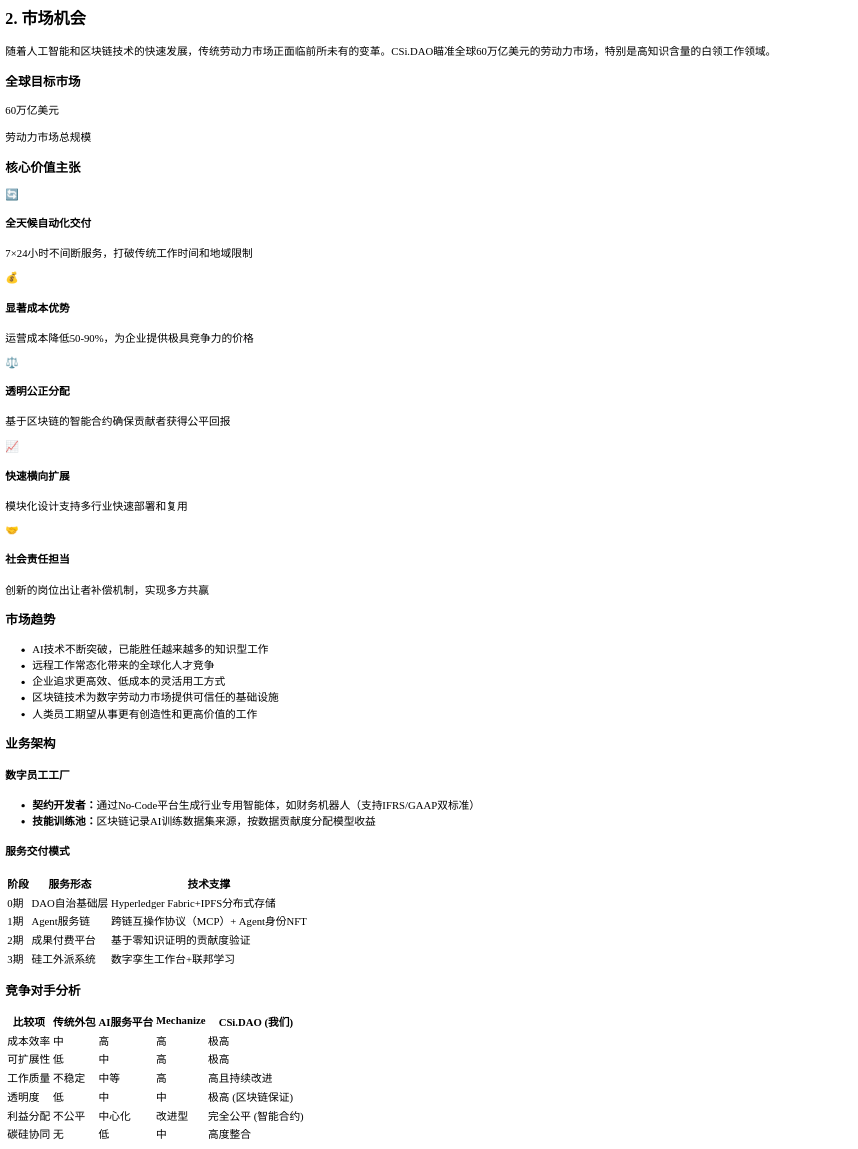
Repository: delez911/ainize
Page: static-site/src/components/market/market.html
The author's editor kept a copy of each file at every save. The page is drawn from the files as they stood at one save, then again after the next save.
The browser window is 1280 px wide. The pictures show the whole page, at 67% of full size.

Above is the page before, as saved 2025-04-24 03:46:03.

### static-site/src/components/market/market.html
<section id="market" class="section">
  <div class="section-container">
    <h2 class="section-title">2. 市场机会</h2>
    <div class="content">
      <p>随着人工智能和区块链技术的快速发展，传统劳动力市场正面临前所未有的变革。CSi.DAO瞄准全球60万亿美元的劳动力市场，特别是高知识含量的白领工作领域。</p>

      <div class="market-container">
        <div class="market-circle">
          <h3>全球目标市场</h3>
          <div class="market-value">60万亿美元</div>
          <p>劳动力市场总规模</p>
        </div>
      </div>

      <h3>核心价值主张</h3>
      <div class="value-propositions">
        <div class="value-item">
          <div class="value-icon">🔄</div>
          <h4>全天候自动化交付</h4>
          <p>7×24小时不间断服务，打破传统工作时间和地域限制</p>
        </div>
        <div class="value-item">
          <div class="value-icon">💰</div>
          <h4>显著成本优势</h4>
          <p>运营成本降低50-90%，为企业提供极具竞争力的价格</p>
        </div>
        <div class="value-item">
          <div class="value-icon">⚖️</div>
          <h4>透明公正分配</h4>
          <p>基于区块链的智能合约确保贡献者获得公平回报</p>
        </div>
        <div class="value-item">
          <div class="value-icon">📈</div>
          <h4>快速横向扩展</h4>
          <p>模块化设计支持多行业快速部署和复用</p>
        </div>
        <div class="value-item">
          <div class="value-icon">🤝</div>
          <h4>社会责任担当</h4>
          <p>创新的岗位出让者补偿机制，实现多方共赢</p>
        </div>
      </div>

      <h3>市场趋势</h3>
      <ul>
        <li>AI技术不断突破，已能胜任越来越多的知识型工作</li>
        <li>远程工作常态化带来的全球化人才竞争</li>
        <li>企业追求更高效、低成本的灵活用工方式</li>
        <li>区块链技术为数字劳动力市场提供可信任的基础设施</li>
        <li>人类员工期望从事更有创造性和更高价值的工作</li>
      </ul>

      <h3>业务架构</h3>
      <div class="business-architecture">
        <div class="architecture-section">
          <h4>数字员工工厂</h4>
          <ul>
            <li><strong>契约开发者：</strong>通过No-Code平台生成行业专用智能体，如财务机器人（支持IFRS/GAAP双标准）</li>
            <li><strong>技能训练池：</strong>区块链记录AI训练数据集来源，按数据贡献度分配模型收益</li>
          </ul>
        </div>
        <div class="architecture-section">
          <h4>服务交付模式</h4>
          <table class="delivery-table">
            <tr>
              <th>阶段</th>
              <th>服务形态</th>
              <th>技术支撑</th>
            </tr>
            <tr>
              <td>0期</td>
              <td>DAO自治基础层</td>
              <td>Hyperledger Fabric+IPFS分布式存储</td>
            </tr>
            <tr>
              <td>1期</td>
              <td>Agent服务链</td>
              <td>跨链互操作协议（MCP）+ Agent身份NFT</td>
            </tr>
            <tr>
              <td>2期</td>
              <td>成果付费平台</td>
              <td>基于零知识证明的贡献度验证</td>
            </tr>
            <tr>
              <td>3期</td>
              <td>硅工外派系统</td>
              <td>数字孪生工作台+联邦学习</td>
            </tr>
          </table>
        </div>
      </div>

      <h3>竞争对手分析</h3>
      <table>
        <tr>
          <th>比较项</th>
          <th>传统外包</th>
          <th>AI服务平台</th>
          <th>Mechanize</th>
          <th>CSi.DAO (我们)</th>
        </tr>
        <tr>
          <td>成本效率</td>
          <td>中</td>
          <td>高</td>
          <td>高</td>
          <td>极高</td>
        </tr>
        <tr>
          <td>可扩展性</td>
          <td>低</td>
          <td>中</td>
          <td>高</td>
          <td>极高</td>
        </tr>
        <tr>
          <td>工作质量</td>
          <td>不稳定</td>
          <td>中等</td>
          <td>高</td>
          <td>高且持续改进</td>
        </tr>
        <tr>
          <td>透明度</td>
          <td>低</td>
          <td>中</td>
          <td>中</td>
          <td>极高 (区块链保证)</td>
        </tr>
        <tr>
          <td>利益分配</td>
          <td>不公平</td>
          <td>中心化</td>
          <td>改进型</td>
          <td>完全公平 (智能合约)</td>
        </tr>
        <tr>
          <td>碳硅协同</td>
          <td>无</td>
          <td>低</td>
          <td>中</td>
          <td>高度整合</td>
        </tr>
      </table>
    </div>
  </div>
</section>

After the next save:
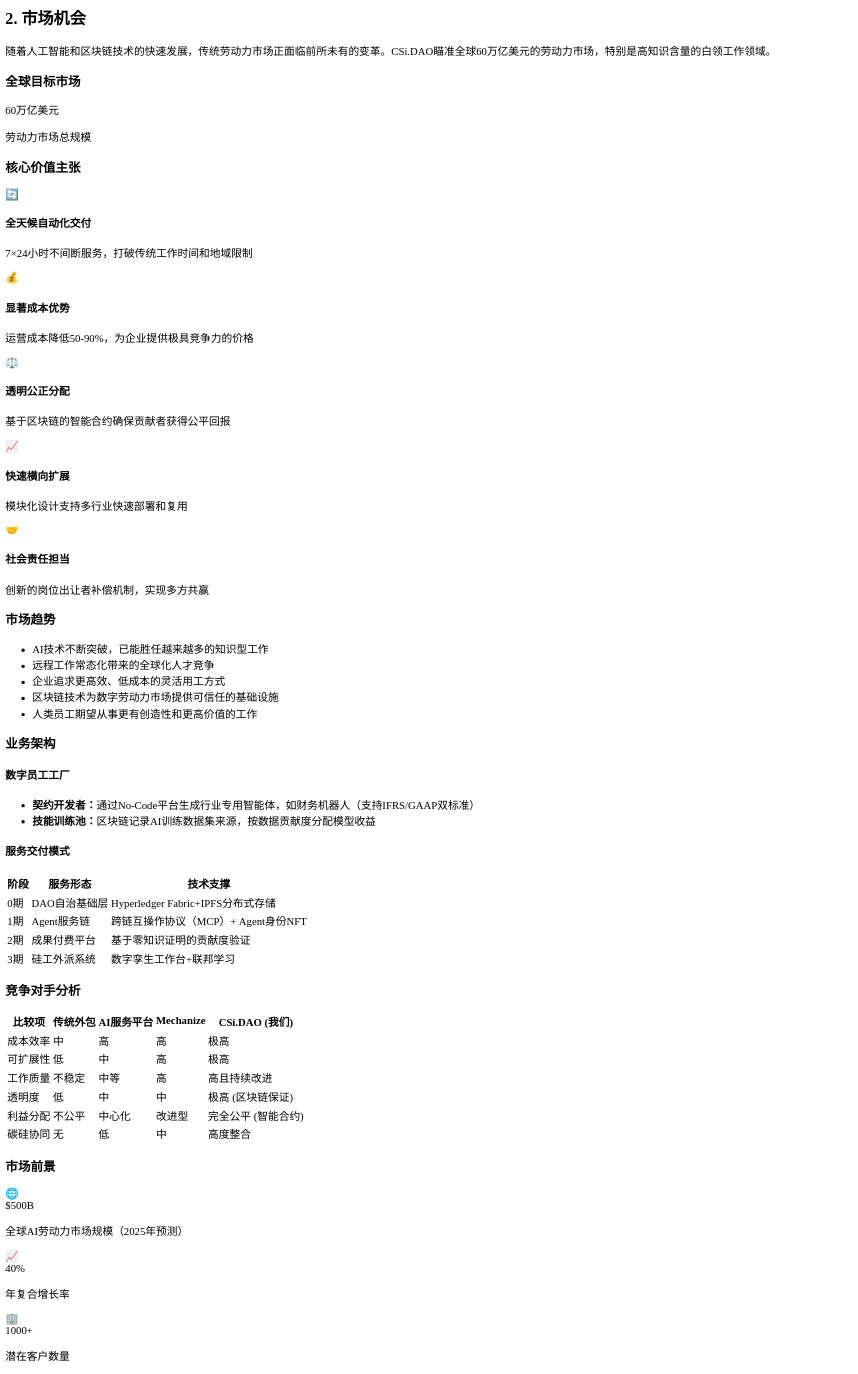
Saved 6 s later.
--- a/static-site/src/components/market/market.html
+++ b/static-site/src/components/market/market.html
@@ -143,6 +143,25 @@
           <td>高度整合</td>
         </tr>
       </table>
+
+      <h3>市场前景</h3>
+      <div class="market-container">
+        <div class="market-circle">
+          <div class="market-icon">🌐</div>
+          <div class="market-value">$500B</div>
+          <p>全球AI劳动力市场规模（2025年预测）</p>
+        </div>
+        <div class="market-circle">
+          <div class="market-icon">📈</div>
+          <div class="market-value">40%</div>
+          <p>年复合增长率</p>
+        </div>
+        <div class="market-circle">
+          <div class="market-icon">🏢</div>
+          <div class="market-value">1000+</div>
+          <p>潜在客户数量</p>
+        </div>
+      </div>
     </div>
   </div>
 </section>
